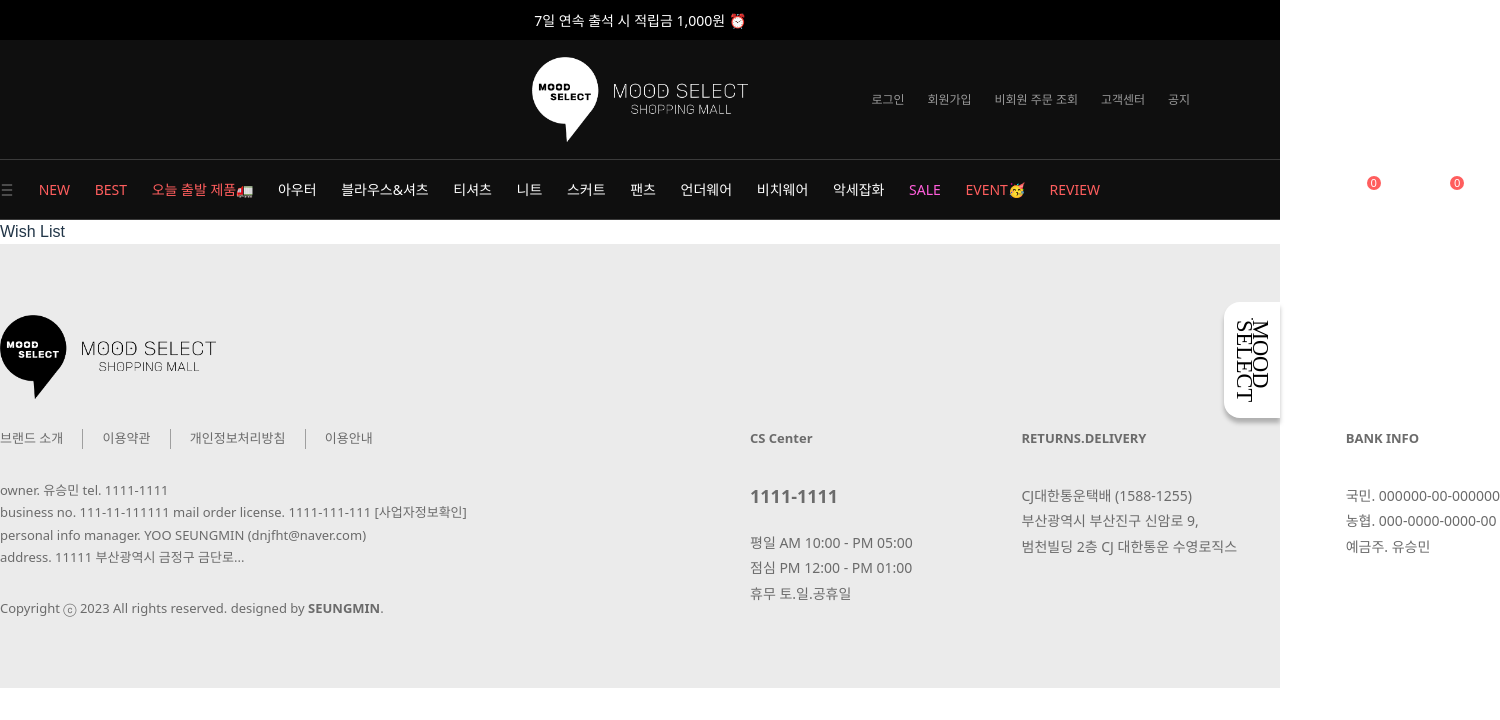
Repository: andrew-tg-song/mood-select
Page: /wish-list (app in packages/frontend/)
The author's editor kept a copy of each file at every save. The page is drawn from the files as they stood at one save, then again after the next save.
The browser window is 1280 px wide. The page is 1500 px wide, so the pictures cover 1500 px, including what lies to the right of the window. The pictures show the whole page.
Some web fonts or font styles are not loaded; a fallback is used. The project was rebuilt for these pictures with package versions that can differ from the ones it lists, and the page was loaded fresh each time. Also part of the build but not shown: packages/frontend/vite.config.ts, packages/frontend/src/ShoppingMallProducts.ts, packages/frontend/src/components/slider/NextArrow.tsx, packages/frontend/src/components/slider/PrevArrow.tsx, packages/frontend/src/components/slider/CardSlider.tsx, packages/frontend/src/components/main/CategoryBanner.tsx, packages/frontend/src/components/main/MainSlider.tsx, packages/frontend/src/components/main/EventBanner.tsx and 19 more. Imported but missing from the stored project, and not drawn on this page: packages/frontend/src/components/product/Product.

Above is the page before, as saved 2023-06-04 08:26:02.

### packages/frontend/src/main.tsx
import ReactDOM from 'react-dom/client';
import App from './App.tsx';
import './index.css';
import { DarkModeProvider } from './context/DarkModeContext.tsx';
import { QueryClient, QueryClientProvider } from '@tanstack/react-query';

const queryClient = new QueryClient();

ReactDOM.createRoot(document.getElementById('root') as HTMLElement).render(
  <DarkModeProvider>
    <QueryClientProvider client={queryClient}>
      <App />
    </QueryClientProvider>
  </DarkModeProvider>
);

### packages/frontend/src/App.tsx
import { createBrowserRouter, RouterProvider } from 'react-router-dom';
import Main from './pages/Main';
import NotFoundPage from './pages/NotFoundPage';
import Detail from './pages/Detail';
import Cart from './pages/Cart';
import Root from './pages/Root';
import Login from './pages/Login';
import Join from './pages/Join';
import MyPage from './pages/MyPage';
import Order from './pages/Order';
import WishList from './pages/WishList';
import ProductsList from './pages/ProductsList';
import NewProductsList from './pages/NewProductsList';
import BestProductsList from './pages/BestProductsList';
import TodayDeliveryProductsList from './pages/TodayDeliveryProductsList';
import List from './pages/List';

// import useProducts from './hooks/use-products';

const router = createBrowserRouter([
  {
    path: '/',
    element: <Root />,
    children: [
      { index: true, element: <Main /> },
      {
        path: '/list/:listName',
        element: <ProductsList />,
      },
      { path: '/new', element: <NewProductsList /> },
      { path: '/best', element: <BestProductsList /> },
      { path: '/today-delivery', element: <TodayDeliveryProductsList /> },
      { path: '/detail/:detailId', element: <Detail /> },
      { path: '/cart', element: <Cart /> },
      { path: '/mypage', element: <MyPage /> },
      { path: '/order', element: <Order /> },
      { path: '/wish-list', element: <WishList /> },
      { path: '*', element: <NotFoundPage /> },
    ],
  },
  {
    path: '/login',
    element: <Login />,
  },
  { path: '/join', element: <Join /> },
]);

function App(): JSX.Element {
  // const [isLoading, error, products] = useProducts();
  // console.log(products);

  return <RouterProvider router={router} />;
}

export default App;

### packages/frontend/src/index.css
@tailwind base;
@tailwind components;
@tailwind utilities;

@font-face {
  font-family: 'Noto Sans KR';
  font-weight: 100;
  src: url('./assets/fonts/NotoSansKR-Light.otf');
}

@font-face {
  font-family: 'Noto Sans KR';
  font-weight: 400;
  src: url('./assets/fonts/NotoSansKR-Regular.otf');
}

@font-face {
  font-family: 'Noto Sans KR';
  font-weight: 500;
  src: url('./assets/fonts/NotoSansKR-Medium.otf');
}

@font-face {
  font-family: 'Noto Sans KR';
  font-weight: 700;
  src: url('./assets/fonts/NotoSansKR-Bold.otf');
}

@font-face {
  font-family: 'Peddana';
  src: url('./assets/fonts/Peddana-Regular.ttf');
}

:root {
  font-family: Inter, system-ui, Avenir, Helvetica, Arial, sans-serif;
  /* line-height: 1.5;
  font-weight: 400;

  color-scheme: light dark; */
  color: #282828;
  /* color: rgba(255, 255, 255, 0.87); */
  background-color: #ffffff;
  /* background-color: #242424; */

  font-synthesis: none;
  text-rendering: optimizeLegibility;
  -webkit-font-smoothing: antialiased;
  -moz-osx-font-smoothing: grayscale;
  -webkit-text-size-adjust: 100%;

  font-family: 'Noto Sans KR', sans-serif;
  font-weight: 100;
}

html {
  scroll-behavior: smooth;
}

a {
  font-weight: 500;
  color: #646cff;
  text-decoration: inherit;
}
a:hover {
  color: #535bf2;
}

body {
  /* margin: 0;
  display: flex;
  place-items: center;
  min-width: 320px;
  min-height: 100vh; */
}

h1 {
  font-size: 3.2em;
  line-height: 1.1;
}

button {
  border-radius: 8px;
  border: 1px solid transparent;
  padding: 0.6em 1.2em;
  font-size: 1em;
  font-weight: 500;
  font-family: inherit;
  background-color: #1a1a1a;
  cursor: pointer;
  transition: border-color 0.25s;
}
button:hover {
  border-color: #646cff;
}
button:focus,
button:focus-visible {
  outline: 4px auto -webkit-focus-ring-color;
}

.slider_wrapper {
  width: 81.25rem;
  margin-bottom: 140px;
}

.slider_wrapper_main_slider {
  width: 100%;
}

.slider_wrapper_best_products {
  width: 100%;
  height: 590px;
  margin-top: 40px;
}

.slider_wrapper_today_delivery_products {
  width: 100%;
}

.personal_slider {
  width: 40rem;
  height: 530px;

  position: relative;
}

.personal_slider_main_slider {
  width: 100%;
  height: 790px;

  position: relative;
}

.personal_slider_best_products {
  /* width: 23.75rem !important; */
  width: 27.125rem !important;
  height: 590px;

  position: relative;
}

.dark_opacity {
  width: 40rem;
  height: 480px;
  background-color: black;

  position: absolute;
  top: 0;
  left: 0;
  opacity: 0.3;

  z-index: 999;
}

.dark_opacity2 {
  width: 40rem;
  height: 480px;
  background-color: black;

  position: absolute;
  top: 0;
  right: 0;
  opacity: 0.3;

  z-index: 999;
}

.dark_opacity_main_slider {
  display: none;

  width: 100%;
  height: 100%;
  background-color: black;

  position: absolute;
  top: 0;
  left: 0;
  opacity: 0.6;

  z-index: 999;
}

.dark_opacity_best_products {
  width: 23.75rem !important;
  height: 530px;

  background-color: black;

  position: absolute;
  left: 50%;
  margin-left: -11.875rem;
  top: 50%;
  margin-top: -265px;

  opacity: 0.6;

  z-index: 999;

  display: none;
}

.main_slider_img {
  width: 100%;
  height: 100%;
  object-fit: cover;

  position: absolute;
  left: 0;
  top: 0;
}

.best_products_slider_img {
  /* width: 23.75rem !important; */
  width: 23.75rem !important;
  height: 530px;

  object-fit: cover;

  position: absolute;
  left: 50%;
  margin-left: -11.875rem;
  top: 50%;
  margin-top: -265px;
}

.slick-slide.slick-center img {
  transform: scale(1.1);
  object-fit: cover;
}

.slick-slide.slick-center .dark_opacity_best_products {
  transform: scale(1.1);
  display: block;
}

.slick-slide.slick-center .desc_wrap_best_products {
  display: block;

  width: 292px;
  padding: 20px 0;
  box-sizing: border-box;
  border-top: 1px solid #fff;

  z-index: 99999999;

  position: absolute;
  bottom: 30px;
  left: 30px;
}

.slider_img {
  width: 40rem;
  height: 480px;
  object-fit: cover;

  position: absolute;
  left: 0;
  top: 0;
}

.slider_img2 {
  width: 40rem;
  height: 480px;
  object-fit: cover;

  position: absolute;
  right: 0;
  top: 0;
}

.desc_wrap {
  position: absolute;
  bottom: 90px;
  left: 2.5rem;

  z-index: 999999;
}

.desc_wrap_main_slider {
  z-index: 999999;

  font-family: 'Peddana';
  font-size: 1rem;
  color: white;

  position: absolute;
  top: 50%;
  margin-top: -3rem;
  left: 50%;
  margin-left: -28rem;
}

.desc_wrap_best_products {
  display: none;
}

.desc_h1 {
  font-family: 'Peddana';
  font-size: 4.375rem;
  color: white;
  line-height: 3rem;
}

.desc_p {
  font-size: 1rem;
  color: white;
}

.desc_h1_best_products {
  margin-bottom: 20px;

  font-size: 1.25rem;
  color: white;
}

.desc_p_best_products {
  font-size: 1rem;
  color: #a6a6a6;
}

.dots_custom,
.dots_custom_dark {
  display: inline-block;
  vertical-align: middle;
  margin: auto 0;
  padding: 0;
}

.dots_custom li,
.dots_custom_dark li {
  list-style: none;
  cursor: pointer;
  display: inline-block;
  padding: 0;
}

.dots_custom li button {
  border: none;
  background: #d1d1d1;
  color: transparent;
  cursor: pointer;
  display: block;
  height: 2px;
  width: 110px;
  border-radius: 100%;
  padding: 0;
}

.dots_custom li.slick-active button {
  background-color: #282828;
}

.dots_custom_dark li button {
  border: none;
  background: #646464;
  color: transparent;
  cursor: pointer;
  display: block;
  height: 2px;
  width: 110px;
  border-radius: 100%;
  padding: 0;
}

.dots_custom_dark li.slick-active button {
  background-color: #ffffff;
}

.next-arrow {
  font-size: 2rem;

  position: absolute;
  top: 50%;
  margin-top: -3rem;
  right: -3rem;

  z-index: 999999;

  cursor: pointer;
}

.prev-arrow {
  font-size: 2rem;

  position: absolute;
  top: 50%;
  margin-top: -3rem;
  left: -3rem;

  z-index: 999999;

  cursor: pointer;
}

.next-arrow-main-slider {
  font-size: 2rem;
  color: white;

  position: absolute;
  top: 50%;
  margin-top: -3rem;
  right: 20rem;

  z-index: 999999;

  cursor: pointer;
}

.prev-arrow-main-slider {
  font-size: 2rem;
  color: white;

  position: absolute;
  top: 50%;
  margin-top: -3rem;
  left: 20rem;

  z-index: 999999;

  cursor: pointer;
}

@media (prefers-color-scheme: light) {
  :root {
    color: #213547;
    background-color: #ffffff;
  }
  a:hover {
    color: #747bff;
  }
  button {
    background-color: #f9f9f9;
  }
}

### packages/frontend/src/context/DarkModeContext.tsx
import React, { useState } from 'react';

type ContextType = {
  darkMode: 'light' | 'dark';
  toggleDarkMode: () => void;
};

export const DarkModeContext = React.createContext<ContextType>({
  darkMode: 'dark',
  toggleDarkMode: () => {},
});

export const DarkModeProvider = ({ children }: { children: React.ReactNode }): JSX.Element => {
  const [darkMode, setDarkMode] = useState<'light' | 'dark'>(
    (localStorage.getItem('ui.theme') as 'light' | 'dark') || 'dark'
  );

  const toggleDarkMode = (): void => {
    const val = darkMode === 'light' ? 'dark' : 'light';
    setDarkMode(val);
    localStorage.setItem('ui.theme', val);
  };

  console.log(darkMode);

  return <DarkModeContext.Provider value={{ darkMode, toggleDarkMode }}>{children}</DarkModeContext.Provider>;
};

### packages/frontend/src/pages/Root.tsx
import { useRef } from 'react';
import NavBar from '../components/NavBar';
import { Outlet } from 'react-router-dom';
import Footer from '../components/Footer';
import QuickMenu from '../components/QuickMenu';
import Suggestion from '../components/Suggestion';

export default function Root() {
  const contentRef = useRef<HTMLDivElement>(null);

  return (
    <div ref={contentRef}>
      <NavBar />
      <Outlet />
      <Suggestion />
      <QuickMenu contentRef={contentRef} />
      <Footer />
    </div>
  );
}

### packages/frontend/src/pages/WishList.tsx
import React from 'react';

export default function WishList() {
  return <div>Wish List</div>;
}

### packages/frontend/src/components/NavBar.tsx
import { useState, useContext } from 'react';

import darkLogo from '../assets/logo.png';
import lightLogo from '../assets/logo2.png';

import { CiMenuBurger, CiSearch, CiUser, CiHeart, CiDark, CiLight } from 'react-icons/ci';
import { GiShoppingCart } from 'react-icons/gi';
import TopEventBanner from './header/TopEventBanner';
import { DarkModeContext } from '../context/DarkModeContext';
import { useNavigate } from 'react-router-dom';

export default function NavBar() {
  const navigate = useNavigate();

  const [cartCount, setCartCount] = useState(0);
  const [wishCount, setWishCount] = useState(0);

  const { darkMode, toggleDarkMode } = useContext(DarkModeContext);

  const title = ['아우터', '원피스', '니트', '티셔츠', '블라우스&셔츠', '스커트', '팬츠', '언더웨어', '악세잡화'];

  return (
    <div className="w-[100%] h-[220px] font-sans">
      <TopEventBanner />

      <div
        className={`${
          darkMode === 'light' ? 'bg-white border-[#dedede]' : 'bg-[#0f0f0f] border-[#3b3b3b]'
        } w-[100%] h-[120px] border-solid border-b-[0.6px]`}
      >
        <div className="w-[93.75rem] xl:w-[68.752rem] h-[100%] mx-auto flex flex-row items-center justify-between relative">
          <div className="w-[216px] h-[100%] flex items-center absolute left-[50%] ml-[-108px]">
            <img src={`${darkMode === 'light' ? darkLogo : lightLogo}`} className="w-[100%] object-cover" />
          </div>

          <ul className="text-[#999999] text-[0.75rem] flex absolute right-0 cursor-pointer">
            <li className="mr-[1.43rem]">로그인</li>
            <li className="mr-[1.43rem]">회원가입</li>
            <li className="mr-[1.43rem]">비회원 주문 조회</li>
            <li className="mr-[1.43rem]">고객센터</li>
            <li>공지</li>
          </ul>
        </div>
      </div>

      <div
        className={`${
          darkMode === 'light' ? 'bg-white border-[#dedede]' : 'bg-[#0f0f0f] border-[#3b3b3b]'
        } w-[100%] h-[60px]  border-solid border-b-[0.6px]`}
      >
        <div className="w-[93.75rem] h-[100%] mx-auto flex flex-row items-center justify-between relative">
          <ul
            className={`${
              darkMode === 'light' ? 'text-black' : 'text-white'
            } w-[68.75rem] h-[100%] flex justify-between items-center text-[0.875rem] cursor-pointer`}
          >
            <li>
              <CiMenuBurger className={`${darkMode === 'light' ? 'text-black' : 'text-white'}`} />
            </li>
            <li
              onClick={() => {
                navigate('/new');
              }}
              className="text-[#FF5E5E]"
            >
              NEW
            </li>
            <li
              onClick={() => {
                navigate('/best');
              }}
              className="text-[#FF5E5E]"
            >
              BEST
            </li>
            <li className="text-[#FF5E5E]">오늘 출발 제품🚛</li>
            <li>아우터</li>
            <li>
              <input
                type="button"
                value={title[4]}
                onClick={() => {
                  navigate(`/list/${title[4]}`);
                }}
              />
            </li>
            <li>티셔츠</li>
            <li>니트</li>

            <li>스커트</li>
            <li>팬츠</li>
            <li>언더웨어</li>
            <li>비치웨어</li>
            <li>악세잡화</li>
            <li className="text-[#FF5EDB]">SALE</li>
            <li className="text-[#FF5E5E]">EVENT🥳</li>
            <li className="text-[#FF5E5E]">REVIEW</li>
          </ul>

          <ul
            className={`${
              darkMode === 'light' ? 'text-black' : 'text-white'
            } w-[11.625rem] h-[100%] flex justify-between items-center text-[1.2rem] cursor-pointer`}
          >
            <li>
              <CiSearch />
            </li>
            <li className="relative">
              <div
                className={`${
                  darkMode === 'light' ? 'bg-black ' : 'bg-[#FF5E5E]'
                } absolute top-[-4px] right-[-6px] w-[0.9rem] h-[0.9rem]  rounded-full  text-[0.7rem] text-white font-light flex justify-center items-center`}
              >
                {cartCount}
              </div>
              <GiShoppingCart />
            </li>
            <li>
              <CiUser />
            </li>
            <li className="relative">
              <div
                className={`${
                  darkMode === 'light' ? 'bg-black ' : 'bg-[#FF5E5E]'
                } absolute top-[-4px] right-[-6px] w-[0.9rem] h-[0.9rem]  rounded-full  text-[0.7rem] text-white font-light flex justify-center items-center`}
              >
                {wishCount}
              </div>
              <CiHeart />
            </li>
            <li onClick={toggleDarkMode}>{darkMode === 'dark' ? <CiLight /> : <CiDark />}</li>
          </ul>
        </div>
      </div>
    </div>
  );
}

### packages/frontend/src/components/Footer.tsx
import React, { useContext } from 'react';
import { DarkModeContext } from '../context/DarkModeContext';
import darkLogo from '../assets/logo.png';
import lightLogo from '../assets/logo2.png';

export default function Footer() {
  const { darkMode } = useContext(DarkModeContext);

  return (
    <div
      className={`${
        darkMode === 'light'
          ? 'bg-[#1d1d1d] text-[#e4e4e4]'
          : 'bg-[#ebebeb] text-[#6b6b6b] border-t-[0.8px] border-[#ebebeb] border-solid'
      } w-[100%] text-[0.8125rem] font-sans`}
    >
      <div className="w-[93.75rem] h-[100%] py-[4.375rem] box-border mx-auto flex flex-col justify-between relative">
        <div className="w-[216px]">
          <img className="w-[100%] height-[100%] object-cover" src={`${darkMode === 'light' ? lightLogo : darkLogo}`} />
        </div>

        <div className="w-[100%] h-[100%] mt-[1.875rem] flex flex-row">
          <div className="w-[50%] h-[100%]">
            <ul className="flex">
              <li className="pr-[1.2rem] border-r-[0.8px] border-[#9f9f9f]">브랜드 소개</li>
              <li className="px-[1.2rem] border-r-[0.8px] border-[#9f9f9f]">이용약관</li>
              <li className="px-[1.2rem] border-r-[0.8px] border-[#9f9f9f]">개인정보처리방침</li>
              <li className="pl-[1.2rem]">이용안내</li>
            </ul>

            <p className="my-[1.875rem] leading-[1.4rem]">
              owner. 유승민 tel. 1111-1111
              <br />
              business no. 111-11-111111 mail order license. 1111-111-111 [사업자정보확인]
              <br />
              personal info manager. YOO SEUNGMIN (dnjfht@naver.com)
              <br />
              address. 11111 부산광역시 금정구 금단로...
            </p>
            <p>
              Copyright ⓒ 2023 All rights reserved. designed by <span className="font-bold">SEUNGMIN</span>.
            </p>
          </div>

          <div className="w-[50%] h-[100%]">
            <ul className="flex justify-between">
              <li>
                <p className="mb-[2.125rem] font-bold">CS Center</p>
                <p className="text-[1.125rem] font-bold mb-[1.25rem]">1111-1111</p>
                <p className="text-[0.875rem] leading-[1.6rem]">
                  평일 AM 10:00 - PM 05:00
                  <br />
                  점심 PM 12:00 - PM 01:00
                  <br />
                  휴무 토.일.공휴일
                </p>
              </li>
              <li>
                <p className="mb-[2.125rem] font-bold">RETURNS.DELIVERY</p>
                <p className="text-[0.875rem] leading-[1.6rem]">
                  CJ대한통운택배 (1588-1255)
                  <br />
                  부산광역시 부산진구 신암로 9,
                  <br />
                  범천빌딩 2층 CJ 대한통운 수영로직스
                </p>
              </li>
              <li>
                <p className="mb-[2.125rem] font-bold">BANK INFO</p>
                <p className="text-[0.875rem] leading-[1.6rem]">
                  국민. 000000-00-000000
                  <br />
                  농협. 000-0000-0000-00
                  <br />
                  예금주. 유승민
                </p>
              </li>
            </ul>
          </div>
        </div>
      </div>
    </div>
  );
}

### packages/frontend/src/components/QuickMenu.tsx
import React, { useState, useContext, useEffect } from 'react';
import { DarkModeContext } from '../context/DarkModeContext';
import { BsChevronUp, BsChevronDown } from 'react-icons/bs';
import { AiOutlineWechat } from 'react-icons/ai';

interface QuickMenuPropsType {
  contentRef: React.RefObject<HTMLDivElement>;
}

export default function QuickMenu({ contentRef }: QuickMenuPropsType) {
  const { darkMode } = useContext(DarkModeContext);

  const [scrollY, setScrollY] = useState(0);
  const [showButton, setShowButton] = useState(false);

  const handleFollow = () => {
    setScrollY(window.pageYOffset);
  };

  const handleTop = () => {
    window.scrollTo({
      top: 0,
      behavior: 'smooth',
    });
    setScrollY(0);
    setShowButton(false);
  };

  const handleBottom = () => {
    contentRef.current?.scrollIntoView({ behavior: 'smooth', block: 'end', inline: 'nearest' });
    setScrollY(scrollY);
    setShowButton(true);
  };

  useEffect(() => {
    const watch = () => {
      window.addEventListener('scroll', handleFollow);
    };

    watch();

    return () => {
      window.removeEventListener('scroll', handleFollow);
    };
  }, []);

  useEffect(() => {
    const handleShowButton = () => {
      window.scrollY > 100 ? setShowButton(true) : setShowButton(false);
    };

    window.addEventListener('scroll', handleShowButton);

    return () => window.removeEventListener('scroll', handleShowButton);
  }, []);

  // console.log(scrollY);

  return (
    <div
      className={`${darkMode === 'light' ? 'text-white' : 'text-[#0f0f0f]'} ${
        showButton ? 'opacity-1' : 'opacity-0 transition ease-in-out'
      } fixed right-[12px] bottom-[12px] text-[2rem] z-[99999]`}
    >
      <div
        className={`${
          darkMode === 'light' ? 'bg-[#0f0f0f]' : 'bg-white'
        } w-[60px] h-[60px] rounded-full drop-shadow-[0_5px_2px_rgba(0,0,0,0.25)] flex justify-center items-center cursor-pointer animate-bounce`}
      >
        <AiOutlineWechat />
      </div>
      <div
        onClick={handleTop}
        className={`${
          darkMode === 'light' ? 'bg-[#0f0f0f]' : 'bg-white'
        } w-[60px] h-[60px] rounded-full drop-shadow-[0_5px_2px_rgba(0,0,0,0.25)] mt-[10px] flex justify-center items-center cursor-pointer animate-bounce`}
      >
        <BsChevronUp />
      </div>
      <div
        onClick={handleBottom}
        className={`${
          darkMode === 'light' ? 'bg-[#0f0f0f]' : 'bg-white'
        } w-[60px] h-[60px] rounded-full drop-shadow-[0_5px_2px_rgba(0,0,0,0.25)] mt-[10px] flex justify-center items-center cursor-pointer animate-bounce`}
      >
        <BsChevronDown />
      </div>
    </div>
  );
}

### packages/frontend/src/components/Suggestion.tsx
import React, { useContext } from 'react';
import { DarkModeContext } from '../context/DarkModeContext';
import { BsFillEmojiSmileFill } from 'react-icons/bs';

export default function Suggestion() {
  const { darkMode } = useContext(DarkModeContext);

  return (
    <div
      className={`${
        darkMode === 'light' ? 'bg-black text-white' : 'bg-white text-black'
      } w-[56px] h-[116px] p-[1rem]  box-border z-[99999] fixed right-0 top-[50%] mt-[-58px] rounded-l-2xl drop-shadow-[0_5px_2px_rgba(0,0,0,0.25)] [writing-mode:vertical-rl] flex items-center justify-between`}
    >
      <BsFillEmojiSmileFill className="text-[1.4rem] rotate-90" />
      <p className="font-['Peddana'] text-[1.4rem] leading-4">
        MOOD
        <br />
        SELECT
      </p>
    </div>
  );
}

### packages/frontend/src/components/header/TopEventBanner.tsx
import React from 'react';

export default function TopEventBanner() {
  return (
    <div className="w-[100%] h-[40px] bg-black flex justify-center items-center">
      <p className="text-white font-light text-[0.875rem]">7일 연속 출석 시 적립금 1,000원 ⏰</p>
    </div>
  );
}

Loaded but not shown: packages/frontend/index.html (common file); packages/frontend/tailwind.config.js (common file)

After the next save:
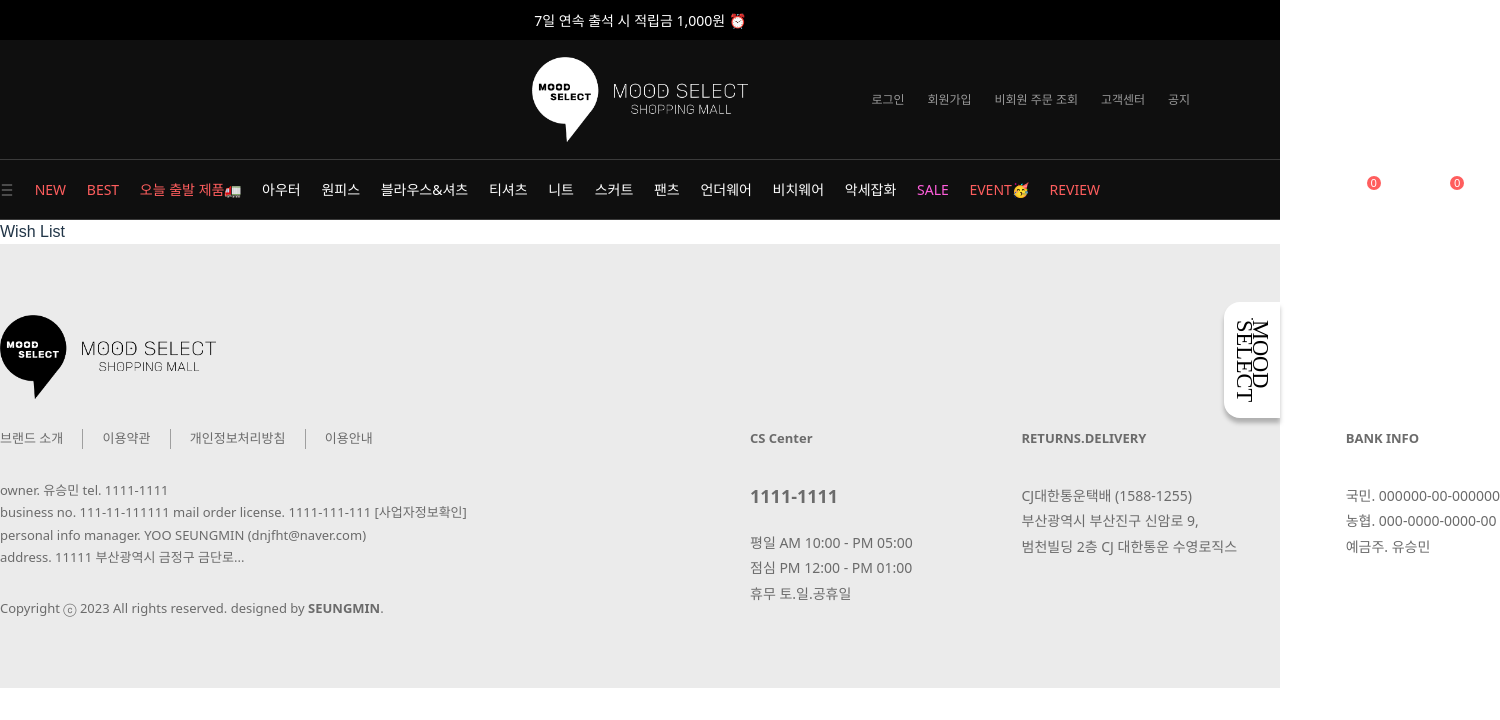
Saved 21 s later.
--- a/packages/frontend/src/components/NavBar.tsx
+++ b/packages/frontend/src/components/NavBar.tsx
@@ -75,6 +75,7 @@ export default function NavBar() {
             </li>
             <li className="text-[#FF5E5E]">오늘 출발 제품🚛</li>
             <li>아우터</li>
+            <li>원피스</li>
             <li>
               <input
                 type="button"
